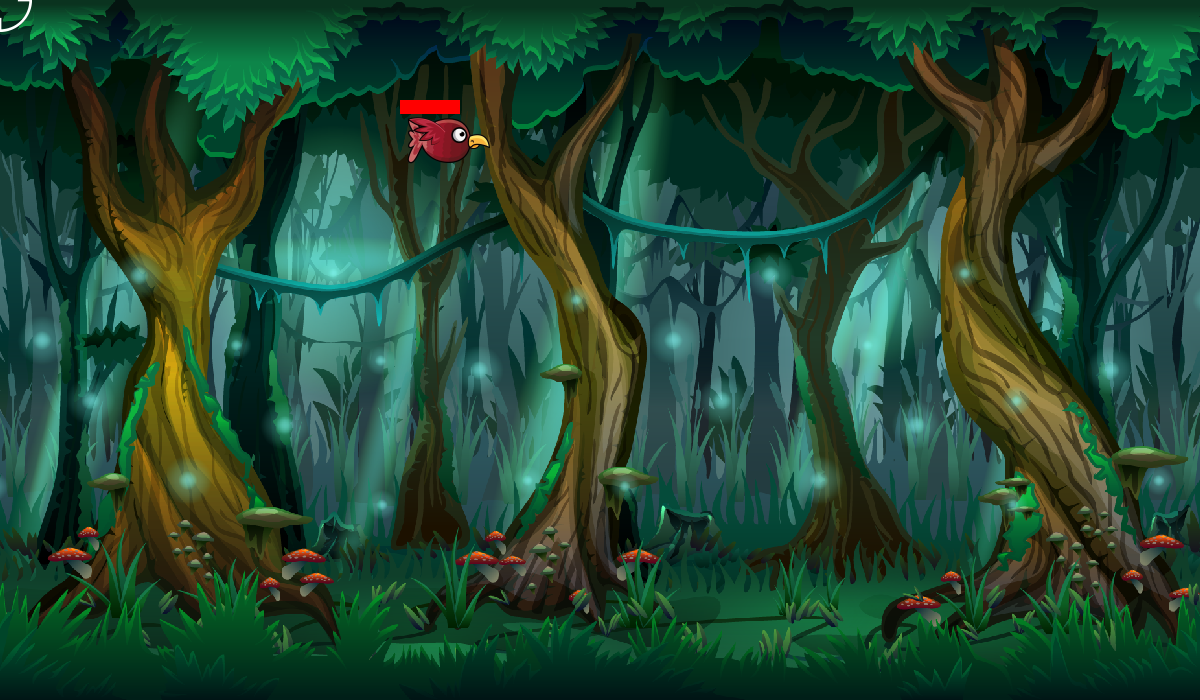
Repository: mys-pro/demo_shooting_bird_vision
Script's output: python main.py
An editor plug-in stored every save of this project. The script's output is shown before and after the next save, followed by the edit.
The window is shown after at most 60 frames with no key pressed. Random numbers start from a fixed seed. It also reads assets/images/backgrounds/Cartoon_Forest_BG_01.png, assets/images/backgrounds/Cartoon_Forest_BG_02.png, assets/images/backgrounds/Cartoon_Forest_BG_03.png, assets/images/backgrounds/Cartoon_Forest_BG_04.png, assets/images/birds/bird1/b-1.png, assets/images/birds/bird1/b-2.png, assets/images/birds/bird1/b-3.png, assets/images/birds/bird1/b-4.png, assets/images/icon.png, assets/images/viewfinder.png.

Above is the script's output before, as saved 2024-06-16 18:08:56.

After the next save:
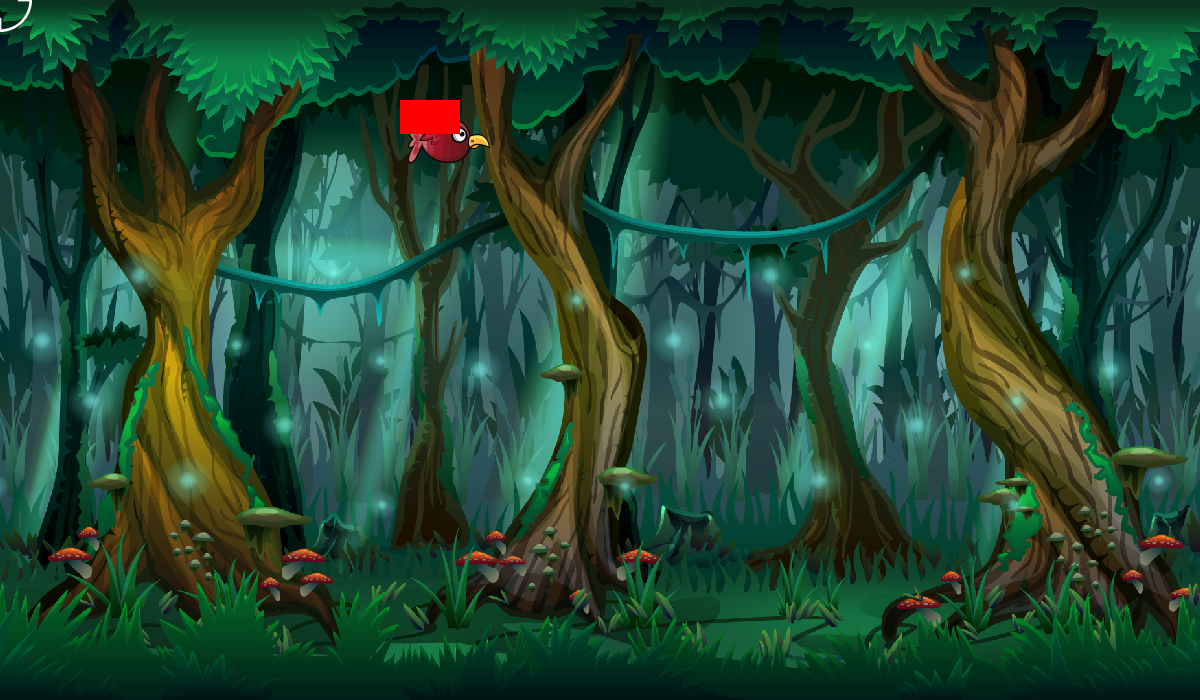
Saved 16 s later.
--- a/main.py
+++ b/main.py
@@ -43,7 +43,7 @@ class birds:
         self.index = 0
         self.image = self.images[self.index]
         self.image_copy = self.image.copy()
-        self.image_smaller = pygame.transform.scale(self.image_copy, (self.image_copy.get_width() - 30, self.image_copy.get_height() - 50))
+        self.image_smaller = pygame.transform.scale(self.image_copy, (self.image_copy.get_width() - 30, self.image_copy.get_height() - 30))
         self.rect = self.image_smaller.get_rect()
         self.rect.center = (SCREEN_WIDTH // 2, SCREEN_HEIGHT // 2)
         self.rect.x = x
